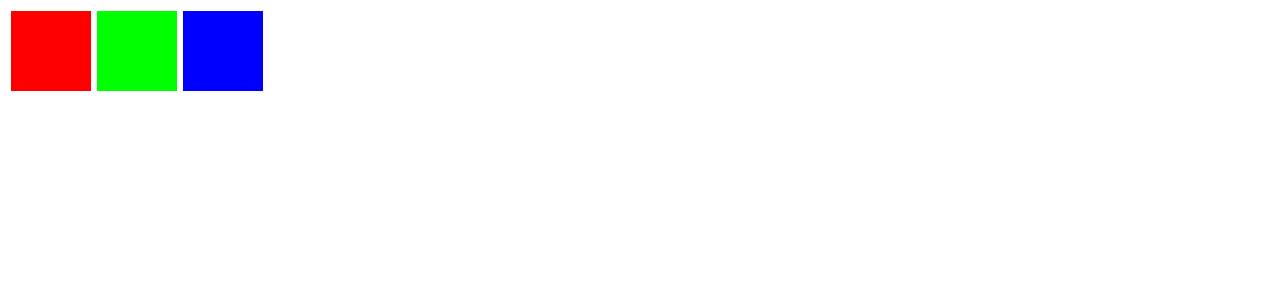
Repository: chlguswns1/web-practice
Page: jQuery/src/main/webapp/05_Effect06.html
An editor plug-in stored every save of this project. The page is shown before and after the next save, followed by the edit.
The browser window is 1280 px wide. The pictures show the whole page.
After loading, the first visible `#red` was clicked once.

Above is the page before, as saved 2023-03-10 07:13:06.

### jQuery/src/main/webapp/05_Effect06.html
<!DOCTYPE html>
<html>
<head>
<meta charset="UTF-8">
<title>엘리먼트에 투명도 값 변경하기</title>
	<style>
		div {
		  width: 80px;  height: 80px;
		  margin: 3px;  float: left;
		}
		div#red { background: #ff0000; }
		div#green { background: #00ff00; }
		div#blue { background: #0000ff; }
	</style>

	<script src="./js/jquery-3.6.3.js"></script>
	<script type="text/javascript">
		$(function() {
			$('div#red').click(function() {})
			$('div#green').click(function() {})
			$('div#blue').click(function() {})
		})

	</script>
</head>
<body>
  <div id="red"></div>
  <div id="green"></div>
  <div id="blue"></div>
</body>
</html>

Loaded but not shown: jQuery/src/main/webapp/js/jquery-3.6.3.js (library)

After the next save:
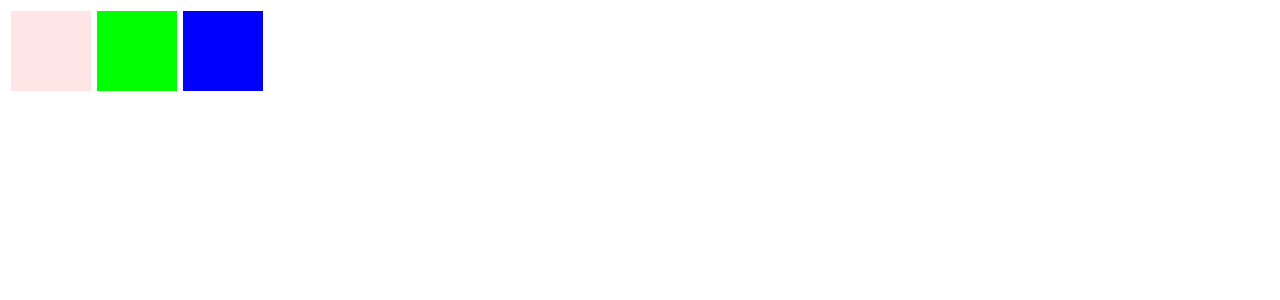
Saved 86 s later.
--- a/jQuery/src/main/webapp/05_Effect06.html
+++ b/jQuery/src/main/webapp/05_Effect06.html
@@ -16,9 +16,15 @@
 	<script src="./js/jquery-3.6.3.js"></script>
 	<script type="text/javascript">
 		$(function() {
-			$('div#red').click(function() {})
-			$('div#green').click(function() {})
-			$('div#blue').click(function() {})
+			$('div#red').click(function() {
+				$(this).fadeTo('slow',0.1)
+			})
+			$('div#green').click(function() {
+				$(this).fadeTo('slow',0.5)
+			})
+			$('div#blue').click(function() {
+				$(this).fadeTo('slow',0.8)
+			})
 		})
 
 	</script>
